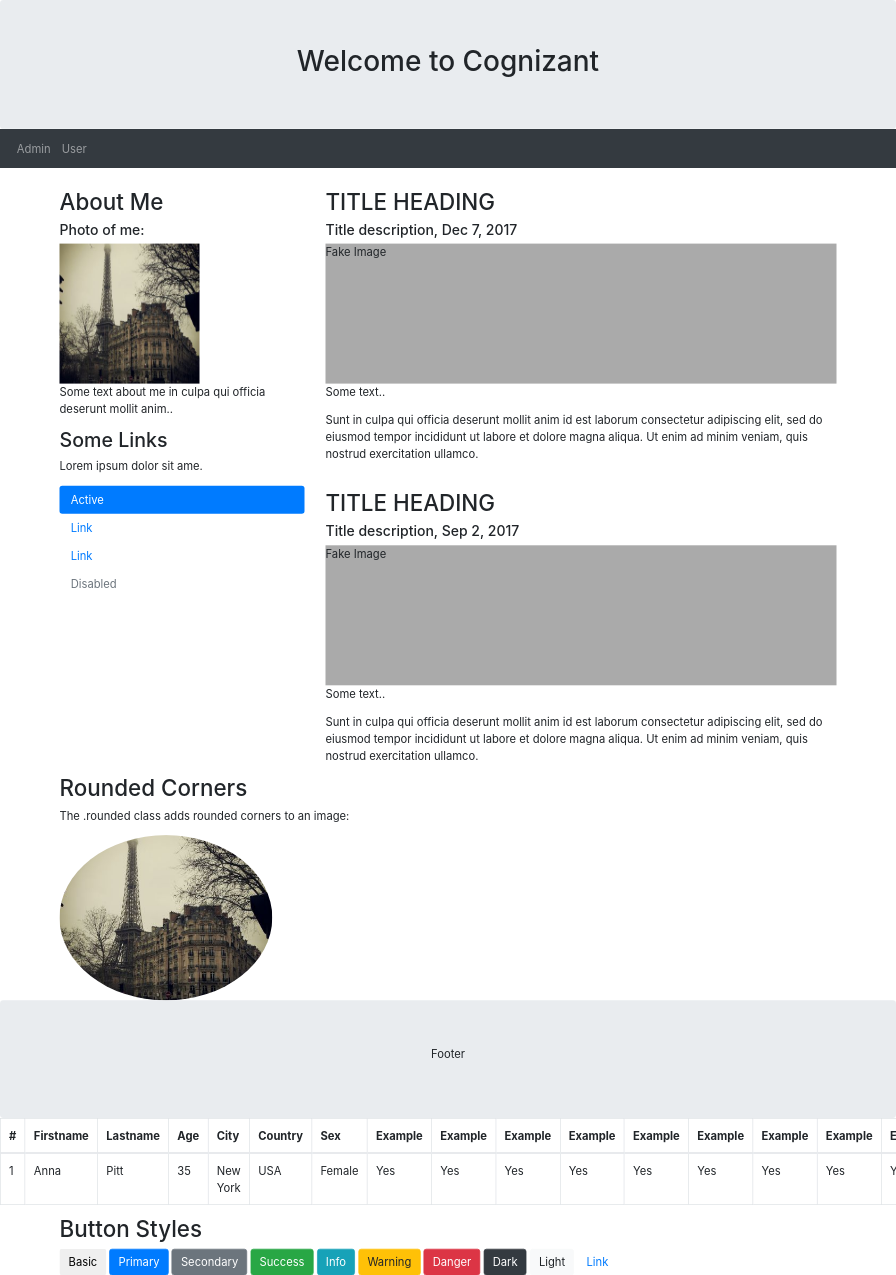
Repository: Anusha-Shilamkoti/Anusha
Page: MyFirstWebProject/WebContent/index.html
The author's editor kept a copy of each file at every save. The page is drawn from the files as they stood at one save, then again after the next save.
The browser window is 1280 px wide. The pictures show the whole page, at 70% of full size.

Above is the page before, as saved 2020-01-20 04:02:04.

### MyFirstWebProject/WebContent/index.html
<!DOCTYPE html>
<html lang="en">
<head>
  <title>Welcome to Cognizant</title>
  <meta charset="utf-8">
  <head>
  <meta name="viewport" content="width=device-width, initial-scale=1">
  <link rel="stylesheet" href="Bootstrap/css/bootstrap.min.css">
  <script src="https://ajax.googleapis.com/ajax/libs/jquery/3.3.1/jquery.min.js"></script>
  <script src="Bootstrap/js/bootstrap.min.js"></script>
<style>
  .fakeimg {
    height: 200px;
    background: #aaa;
  }
  </style>
</head>
<body>

<div class="jumbotron text-center" style="margin-bottom:0">
  <h1>Welcome to Cognizant</h1>
</div>

<nav class="navbar navbar-expand-sm bg-dark navbar-dark">
  <button class="navbar-toggler" type="button" data-toggle="collapse" data-target="#collapsibleNavbar">
    <span class="navbar-toggler-icon"></span>
  </button>
  <div class="collapse navbar-collapse" id="collapsibleNavbar">
    <ul class="navbar-nav">
      <li class="nav-item">
        <a class="nav-link" href="#">Admin</a>
      </li>
      <li class="nav-item">
        <a class="nav-link" href="#">User</a>
      </li>
    </ul>
  </div>
</nav>

<div class="container" style="margin-top:30px">
  <div class="row">
    <div class="col-md-4">
      <h2>About Me</h2>
      <h5>Photo of me:</h5>
      <div>
      <img alt="Anusha" src="image\paris.jpg"  width="200" height="200">
      </div>
      <p>Some text about me in culpa qui officia deserunt mollit anim..</p>
      <h3>Some Links</h3>
      <p>Lorem ipsum dolor sit ame.</p>
      <ul class="nav nav-pills flex-column">
        <li class="nav-item">
          <a class="nav-link active" href="#">Active</a>
        </li>
        <li class="nav-item">
          <a class="nav-link" href="#">Link</a>
        </li>
        <li class="nav-item">
          <a class="nav-link" href="#">Link</a>
        </li>
        <li class="nav-item">
          <a class="nav-link disabled" href="#">Disabled</a>
        </li>
      </ul>
      <hr class="d-sm-none">
    </div>
    <div class="col-sm-8">
      <h2>TITLE HEADING</h2>
      <h5>Title description, Dec 7, 2017</h5>
      <div class="fakeimg">Fake Image</div>
      <p>Some text..</p>
      <p>Sunt in culpa qui officia deserunt mollit anim id est laborum consectetur adipiscing elit, sed do eiusmod tempor incididunt ut labore et dolore magna aliqua. Ut enim ad minim veniam, quis nostrud exercitation ullamco.</p>
      <br>
      <h2>TITLE HEADING</h2>
      <h5>Title description, Sep 2, 2017</h5>
      <div class="fakeimg">Fake Image</div>
      <p>Some text..</p>
      <p>Sunt in culpa qui officia deserunt mollit anim id est laborum consectetur adipiscing elit, sed do eiusmod tempor incididunt ut labore et dolore magna aliqua. Ut enim ad minim veniam, quis nostrud exercitation ullamco.</p>
    </div>
  </div>
</div>
<div class="container">
  <h2>Rounded Corners</h2>
  <p>The .rounded class adds rounded corners to an image:</p>
  <img src="image/paris.jpg" class="rounded-circle" alt="Cinque Terre" width="304" height="236">
</div>

<div class="jumbotron text-center" style="margin-bottom:0">
  <p>Footer</p>
</div>
 <div class="table-responsive">
    <table class="table table-bordered">
      <thead>
        <tr>
          <th>#</th>
          <th>Firstname</th>
          <th>Lastname</th>
          <th>Age</th>
          <th>City</th>
          <th>Country</th>
          <th>Sex</th>
          <th>Example</th>
          <th>Example</th>
          <th>Example</th>
          <th>Example</th>
          <th>Example</th>
          <th>Example</th>
          <th>Example</th>
          <th>Example</th>
          <th>Example</th>
          <th>Example</th>
          <th>Example</th>
          <th>Example</th>
        </tr>
      </thead>
      <tbody>
        <tr>
          <td>1</td>
          <td>Anna</td>
          <td>Pitt</td>
          <td>35</td>
          <td>New York</td>
          <td>USA</td>
          <td>Female</td>
          <td>Yes</td>
          <td>Yes</td>
          <td>Yes</td>
          <td>Yes</td>
          <td>Yes</td>
          <td>Yes</td>
          <td>Yes</td>
          <td>Yes</td>
          <td>Yes</td>
          <td>Yes</td>
          <td>Yes</td>
          <td>Yes</td>
        </tr>
      </tbody>
    </table>
  </div>

<div class="container">
  <h2>Button Styles</h2>
  <button type="button" class="btn">Basic</button>
  <button type="button" class="btn btn-primary">Primary</button>
  <button type="button" class="btn btn-secondary">Secondary</button>
  <button type="button" class="btn btn-success">Success</button>
  <button type="button" class="btn btn-info">Info</button>
  <button type="button" class="btn btn-warning">Warning</button>
  <button type="button" class="btn btn-danger">Danger</button>
  <button type="button" class="btn btn-dark">Dark</button>
  <button type="button" class="btn btn-light">Light</button>
  <button type="button" class="btn btn-link">Link</button>
</div>
</body>
</html>

Loaded but not shown: MyFirstWebProject/WebContent/Bootstrap/css/bootstrap.min.css (library); MyFirstWebProject/WebContent/Bootstrap/js/bootstrap.min.js (library)

After the next save:
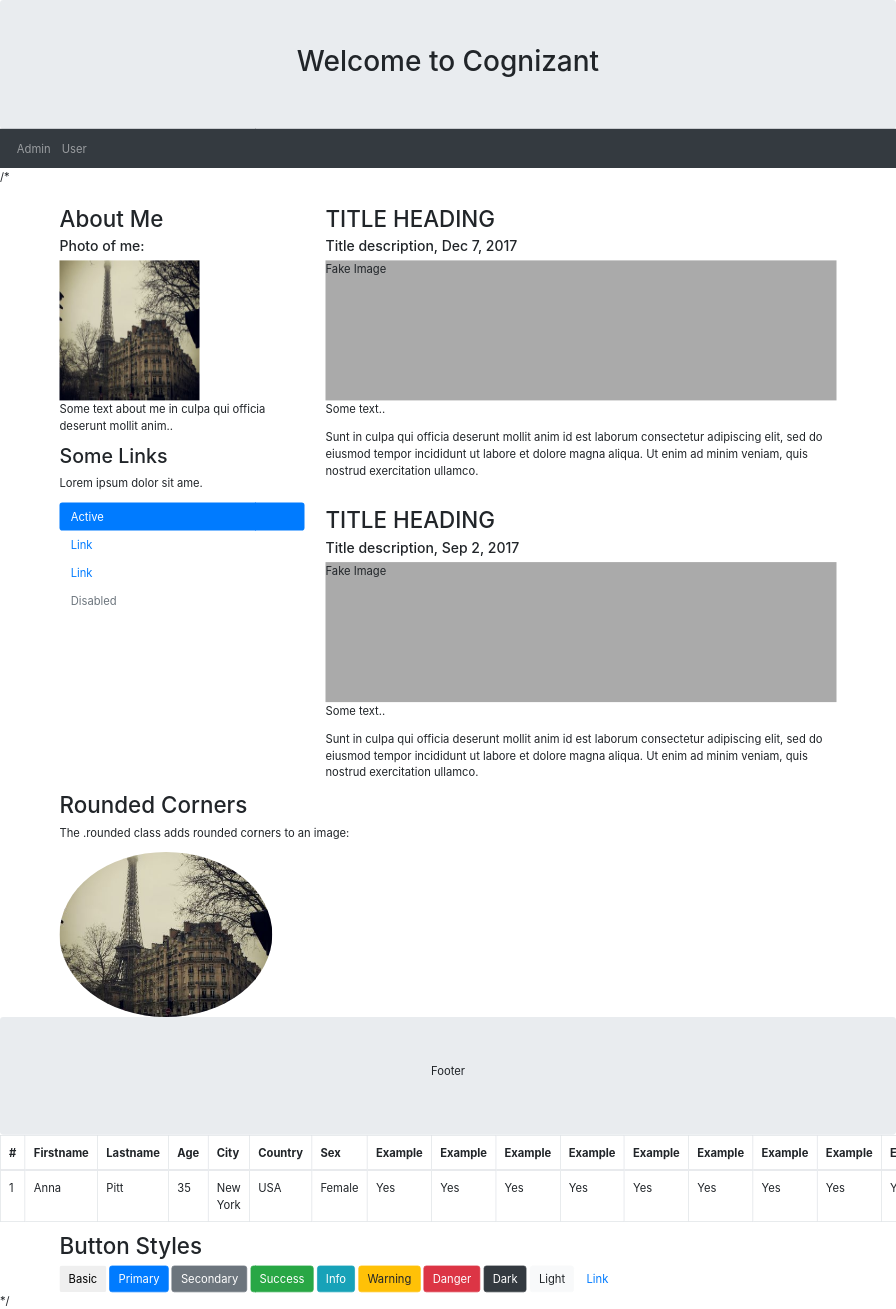
Saved 10 min 47 s later.
--- a/MyFirstWebProject/WebContent/index.html
+++ b/MyFirstWebProject/WebContent/index.html
@@ -37,7 +37,7 @@
   </div>
 </nav>
 
-<div class="container" style="margin-top:30px">
+/*<div class="container" style="margin-top:30px">
   <div class="row">
     <div class="col-md-4">
       <h2>About Me</h2>
@@ -151,6 +151,6 @@
   <button type="button" class="btn btn-dark">Dark</button>
   <button type="button" class="btn btn-light">Light</button>
   <button type="button" class="btn btn-link">Link</button>
-</div>
+</div>*/
 </body>
 </html>
